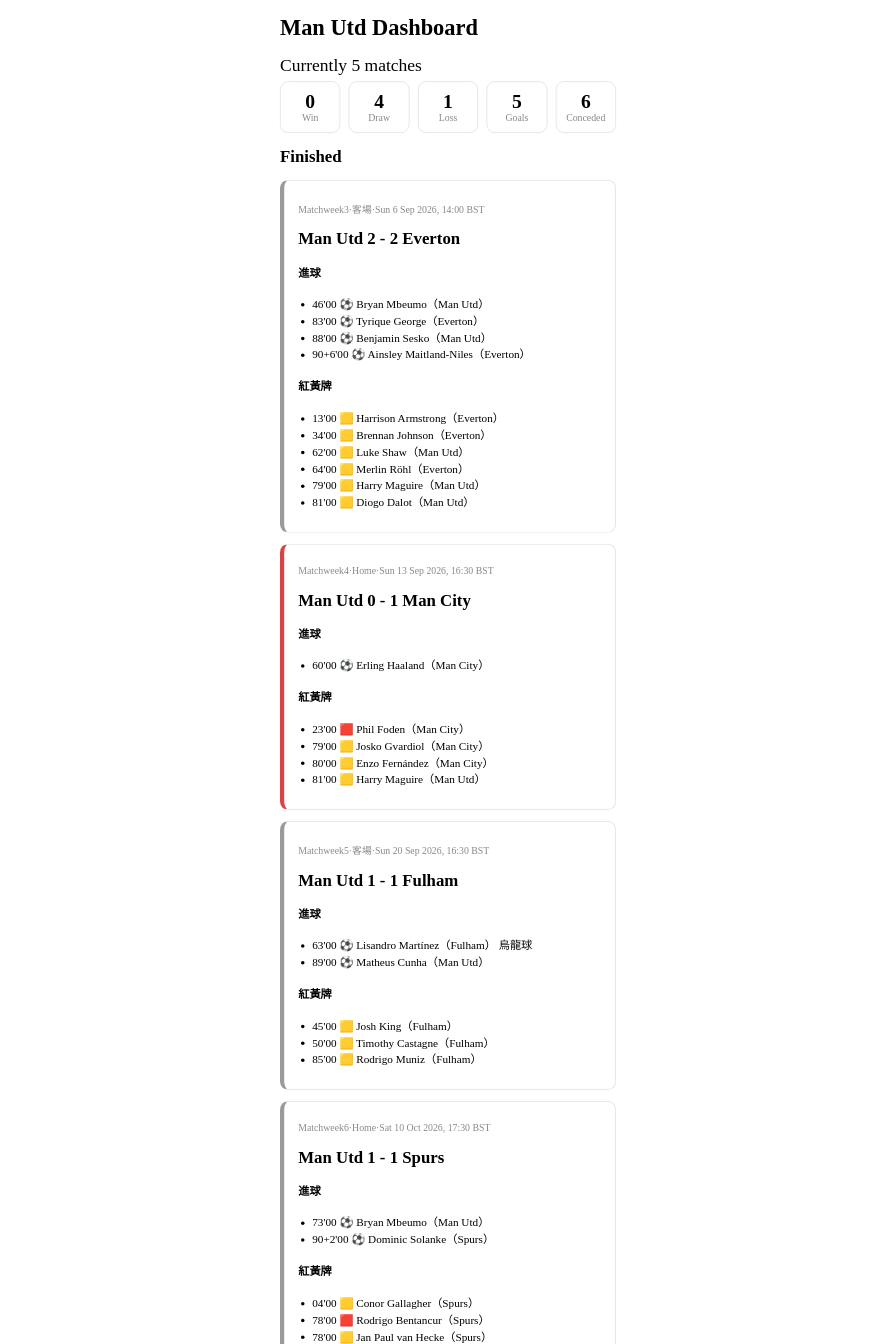
Repository: Chengyu0814/Premier-League-Dashboard
Page: / (app in frontend/)
The author's editor kept a copy of each file at every save. The page is drawn from the files as they stood at one save, then again after the next save.
The browser window is 1280 px wide. The pictures show the part of the page from y = 0 to 1920 px (the page is 3008 px tall before and 2992 px after), at 70% of full size.
The project was rebuilt for these pictures with package versions that can differ from the ones it lists, and the page was loaded fresh each time. Also part of the build but not shown: frontend/vite.config.js.

Above is the page before, as saved 2026-10-27 14:14:49.

After the next save:
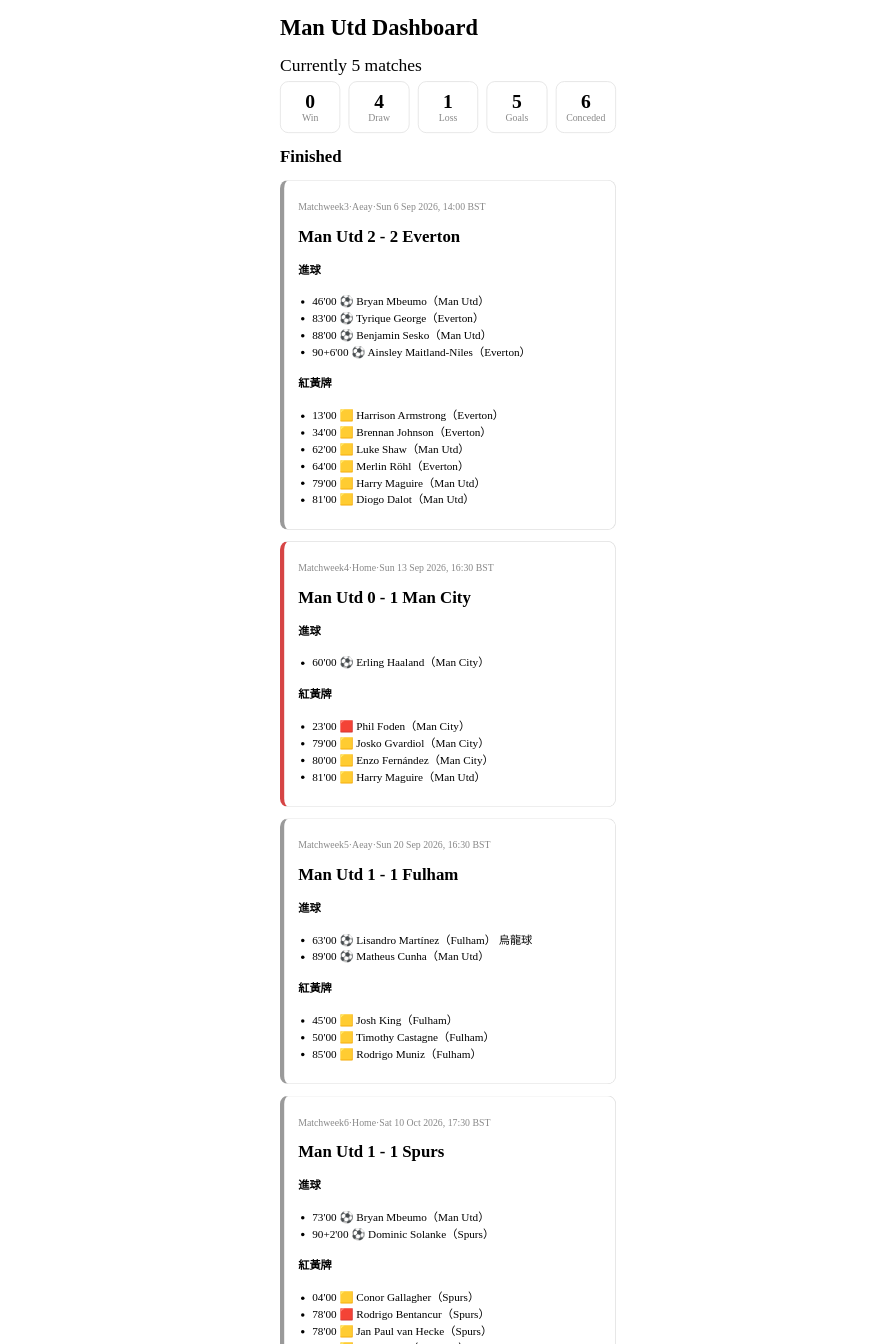
Saved 4 s later.
--- a/frontend/src/MatchCard.jsx
+++ b/frontend/src/MatchCard.jsx
@@ -5,7 +5,7 @@
 function MatchCard({ match }) {
   const { gameweek, kickoff, status, goals, cards } = match
   const { isHome, us, them } = getSides(match)
-  const venue = isHome ? 'Home' : '客場'
+  const venue = isHome ? 'Home' : 'Aeay'
 
   if (status !== 'C') {
   return (
